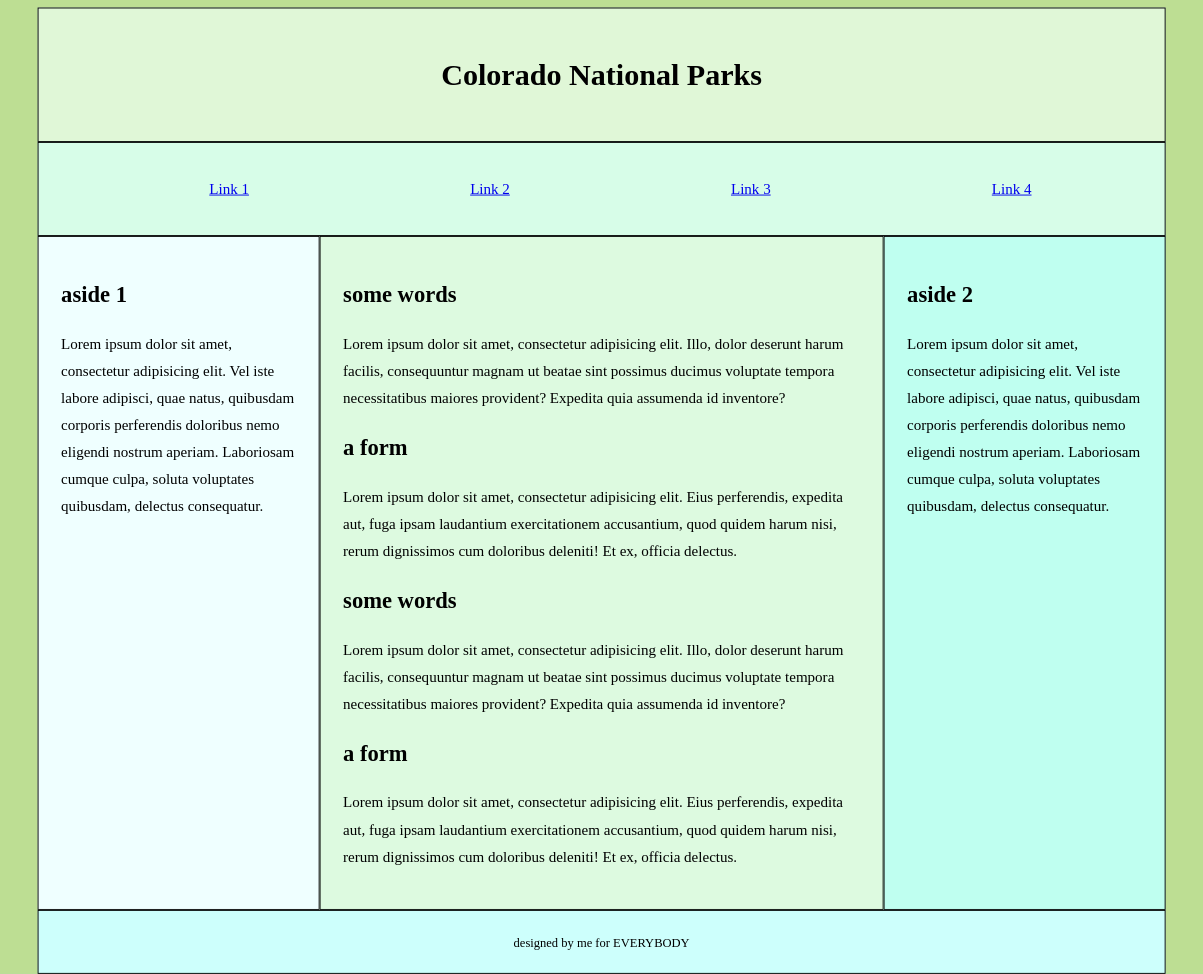
Repository: ethan-schrauf/UniversalDesignWebsite
Page: lab4.html
These files come from the project's save history. The page is drawn as it stood at one moment and after the next save; the edit follows.
The browser window is 1280 px wide. The pictures show the whole page, at 94% of full size.

Above is the page before, as saved 2023-10-24 21:26:17.

After the next save:
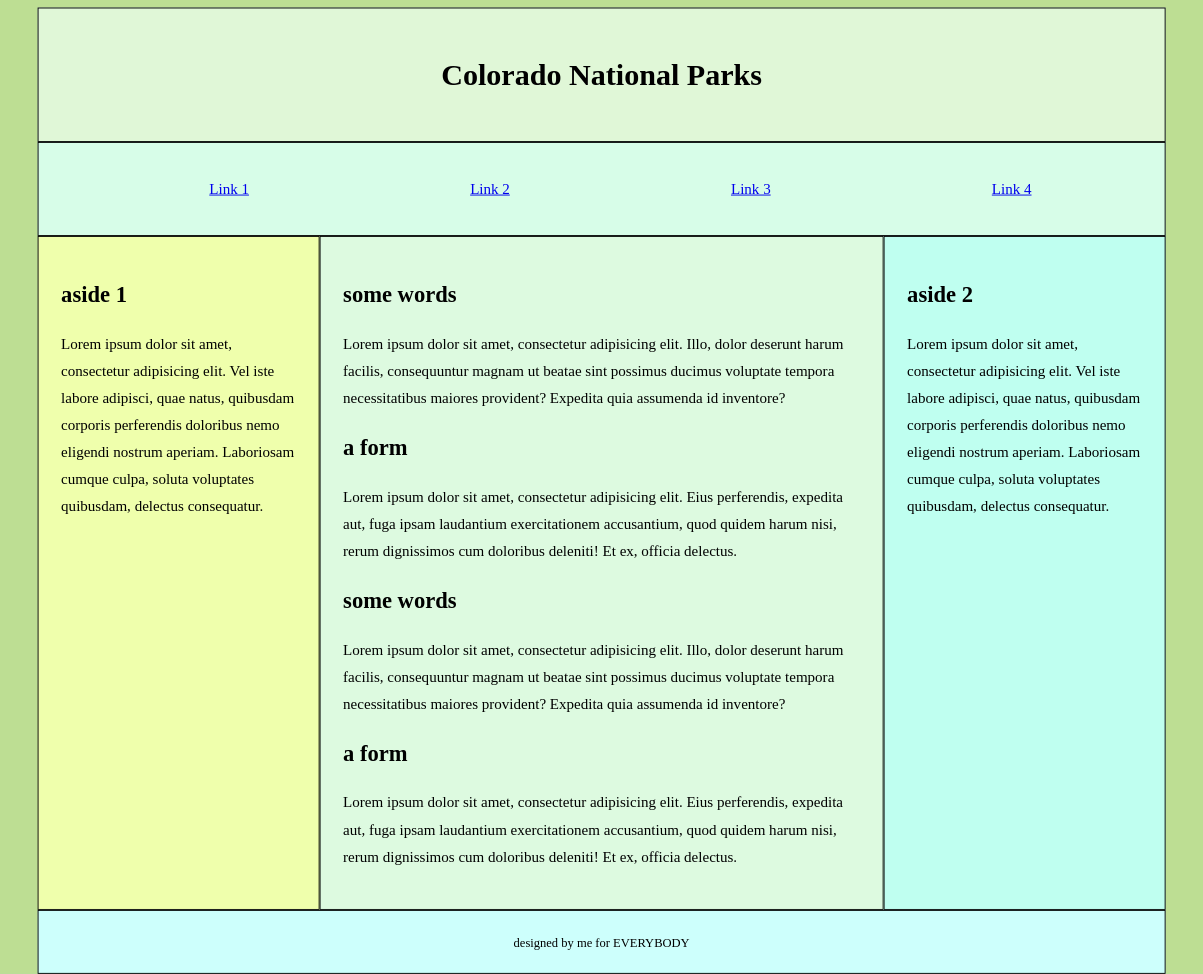
Saved 10 s later.
--- a/lab4.css
+++ b/lab4.css
@@ -56,7 +56,7 @@ footer {
   header {grid-area: heady; background:rgb(224, 247, 215);}
 nav {grid-area: navvy; background:rgb(215, 253, 232);}
 main {grid-area: mainy; background: rgb(221, 250, 224); max-height: 100%;}
-#aside1 {grid-area: aside1; background: rgb(239, 255, 172014);}
+#aside1 {grid-area: aside1; background: rgb(239, 255, 172);}
 #aside2 {grid-area: aside2; background: rgb(191, 255, 240);}
 footer {grid-area: footy; background: rgb(205, 255, 252);}
 
